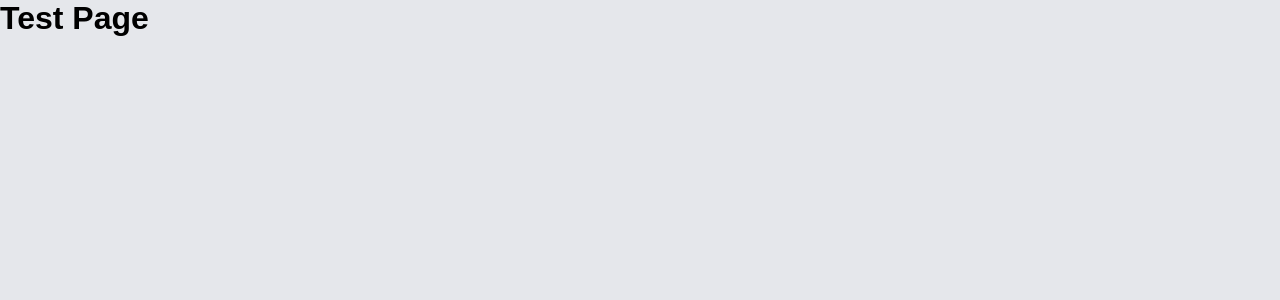
Repository: Marcus20119/Study_nextjs
Page: /SSG
The author's editor kept a copy of each file at every save. The page is drawn from the files as they stood at one save, then again after the next save.
The browser window is 1280 px wide. The pictures show the whole page.
The project was rebuilt for these pictures with package versions that can differ from the ones it lists, and the page was loaded fresh each time. The framework's server and built-in components were replaced by stand-ins that run in the browser. Also part of the build but not shown: next.config.js.

Above is the page before, as saved 2023-04-05 20:18:46.

### pages/SSG.tsx
export interface ITest {}

export default function Test(props: ITest) {
  return (
    <div>
      <h1>Test Page</h1>
    </div>
  );
}

### styles/globals.css
body {
  font-family: 'Epilogue', sans-serif;
  -webkit-font-smoothing: antialiased;
  -moz-osx-font-smoothing: grayscale;
  -webkit-tap-highlight-color: transparent;
  background-color: #e5e7eb;
}
body::-webkit-scrollbar {
  width: 14px;
  height: 14px;
  background-color: transparent;
}

body::-webkit-scrollbar-thumb {
  border-radius: 10px;
  background-color: #a9a9a9aa;
  -webkit-background-clip: padding-box; /* for Safari */
  background-clip: padding-box;
}

input,
textarea {
  outline: none;
}
* {
  margin: 0;
  padding: 0;
  -webkit-tap-highlight-color: transparent;
  box-sizing: border-box;
  scroll-behavior: smooth !important;
  /* transition-property: all;
  transition-timing-function: cubic-bezier(0.4, 0, 0.2, 1);
  transition-duration: 150ms; */
}
a {
  text-decoration: none !important;
}
li {
  list-style: none;
}
select {
  -webkit-appearance: none;
  -moz-appearance: none;
  outline: none;
}
td {
  vertical-align: middle;
  height: 44.8px;
}

Loaded but not shown: pages/_app.tsx (common file); pages/_document.tsx (common file)

After the next save:
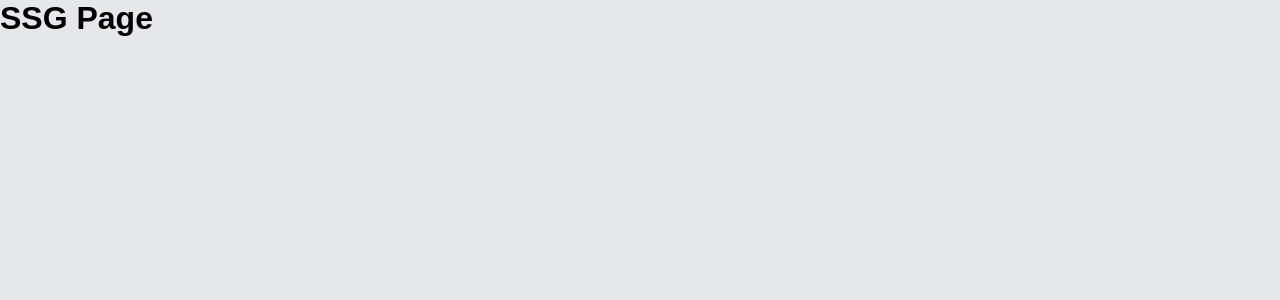
Saved 63 s later.
--- a/pages/SSG.tsx
+++ b/pages/SSG.tsx
@@ -1,9 +1,9 @@
-export interface ITest {}
+export interface ISSG {}
 
-export default function Test(props: ITest) {
+export default function SSG(props: ISSG) {
   return (
     <div>
-      <h1>Test Page</h1>
+      <h1>SSG Page</h1>
     </div>
   );
 }
